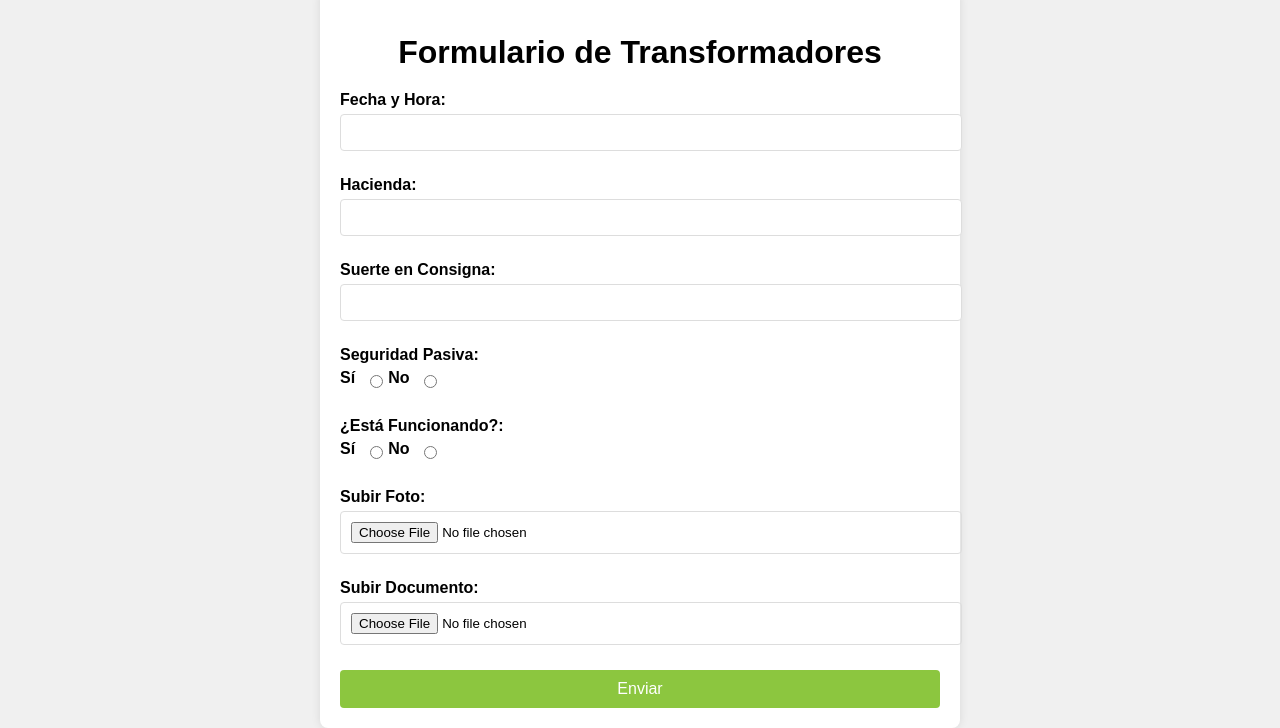
Repository: tayuanlogua/prototipo-de-control-de-accesos
Page: Patrullas/src/transformadores.html
These files come from the project's save history. The page is drawn as it stood at one moment and after the next save; the edit follows.
The browser window is 1280 px wide. The pictures show the whole page.

Above is the page before, as saved 2024-08-08 14:35:52.

### Patrullas/src/transformadores.html
<!DOCTYPE html>
<html lang="es">
  <head>
    <meta charset="UTF-8" />
    <meta name="viewport" content="width=device-width, initial-scale=1.0" />
    <title>Formulario de Transformadores</title>
    <link rel="stylesheet" href="styles.css" />
    <script defer src="script.js"></script>
  </head>
  <body>
    <div class="container">
      <h1>Formulario de Transformadores</h1>
      <form id="transformadores-form" enctype="multipart/form-data">
        <div class="form-group">
          <label for="date-time">Fecha y Hora:</label>
          <input type="text" id="date-time" name="date-time" readonly />
        </div>

        <div class="form-group">
          <label for="hacienda">Hacienda:</label>
          <input type="text" id="hacienda" name="hacienda" required />
        </div>

        <div class="form-group">
          <label for="suerte">Suerte en Consigna:</label>
          <input type="text" id="suerte" name="suerte" required />
        </div>

        <div class="form-group">
          <label>Seguridad Pasiva:</label>
          <div class="radio-group">
            <label for="seguridad-si">Sí</label>
            <input
              type="radio"
              id="seguridad-si"
              name="seguridad-pasiva"
              value="Sí"
              required
            />
            <label for="seguridad-no">No</label>
            <input
              type="radio"
              id="seguridad-no"
              name="seguridad-pasiva"
              value="No"
              required
            />
          </div>
        </div>

        <div class="form-group">
          <label>¿Está Funcionando?:</label>
          <div class="radio-group">
            <label for="funcionando-si">Sí</label>
            <input
              type="radio"
              id="funcionando-si"
              name="funcionando"
              value="Sí"
              required
            />
            <label for="funcionando-no">No</label>
            <input
              type="radio"
              id="funcionando-no"
              name="funcionando"
              value="No"
              required
            />
          </div>
        </div>

        <div class="form-group">
          <label for="foto">Subir Foto:</label>
          <input type="file" id="foto" name="foto" accept="image/*" />
        </div>

        <div class="form-group">
          <label for="documento">Subir Documento:</label>
          <input
            type="file"
            id="documento"
            name="documento"
            accept=".pdf, .doc, .docx, .xls, .xlsx"
          />
        </div>

        <button type="submit">Enviar</button>
      </form>
    </div>
  </body>
</html>

### Patrullas/src/styles.css
body {
  font-family: Arial, sans-serif;
  display: flex;
  justify-content: center;
  align-items: center;
  height: 100vh;
  margin: 0;
  background-color: #f0f0f0;
}

.container {
  width: 80%;
  max-width: 600px;
  padding: 20px;
  background-color: #fff;
  border-radius: 8px;
  box-shadow: 0 0 10px rgba(0, 0, 0, 0.1);
}

h1 {
  text-align: center;
  margin-bottom: 20px;
}

form {
  display: flex;
  flex-direction: column;
}

.form-group {
  margin-bottom: 15px;
}

label {
  display: block;
  margin-bottom: 5px;
  font-weight: bold;
}

input[type="text"],
textarea,
input[type="file"] {
  width: 100%;
  padding: 10px;
  margin-bottom: 10px;
  border: 1px solid #ddd;
  border-radius: 4px;
}

input[type="radio"] {
  width: auto;
  margin-right: 5px;
}

textarea {
  resize: vertical;
}

button {
  width: 100%;
  padding: 10px 15px;
  background-color: #8cc63f; /* Color verde claro */
  color: white;
  border: none;
  border-radius: 4px;
  cursor: pointer;
  font-size: 16px;
}

button:hover {
  background-color: #76b238;
}

.radio-group {
  display: flex;
  align-items: center;
  margin-bottom: 10px;
}

.radio-group label {
  margin-right: 10px;
}

Loaded but not shown: Patrullas/src/script.js (no stored copy; drawn as an empty file)

After the next save:
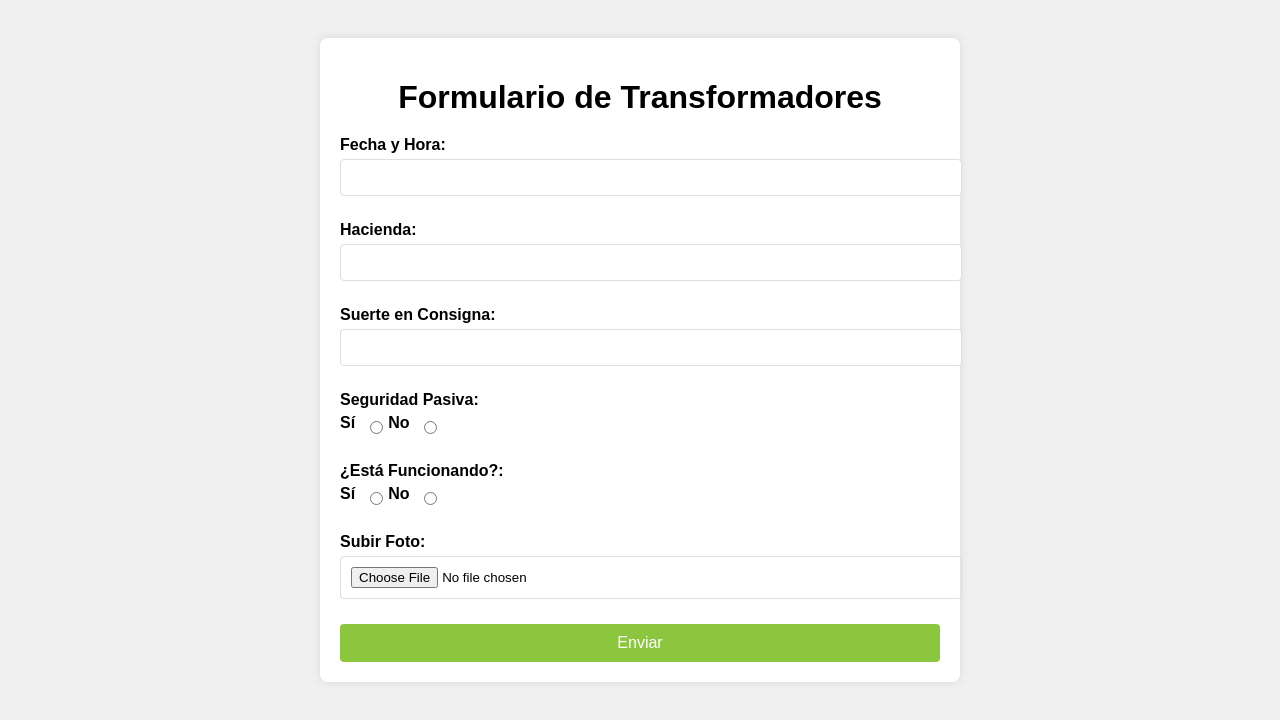
Saved 79 s later.
--- a/Patrullas/src/transformadores.html
+++ b/Patrullas/src/transformadores.html
@@ -74,17 +74,6 @@
           <label for="foto">Subir Foto:</label>
           <input type="file" id="foto" name="foto" accept="image/*" />
         </div>
-
-        <div class="form-group">
-          <label for="documento">Subir Documento:</label>
-          <input
-            type="file"
-            id="documento"
-            name="documento"
-            accept=".pdf, .doc, .docx, .xls, .xlsx"
-          />
-        </div>
-
         <button type="submit">Enviar</button>
       </form>
     </div>
